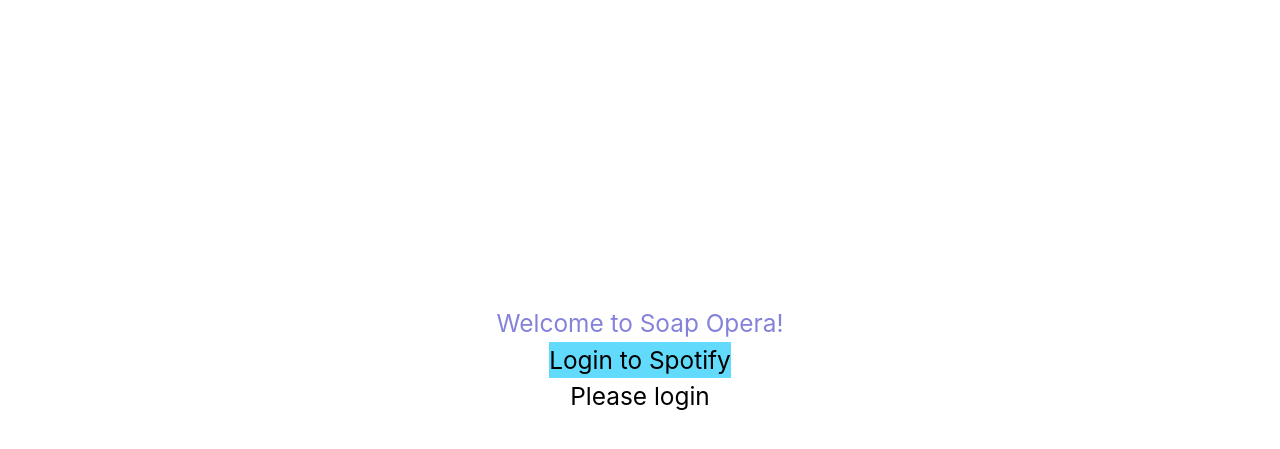
Repository: kayacancode/soapopera
Page: /
The author's editor kept a copy of each file at every save. The page is drawn from the files as they stood at one save, then again after the next save.
The browser window is 1280 px wide. The pictures show the whole page.
The project was rebuilt for these pictures with package versions that can differ from the ones it lists, and the page was loaded fresh each time.

Above is the page before, as saved 2023-04-22 18:01:52.

After the next save:
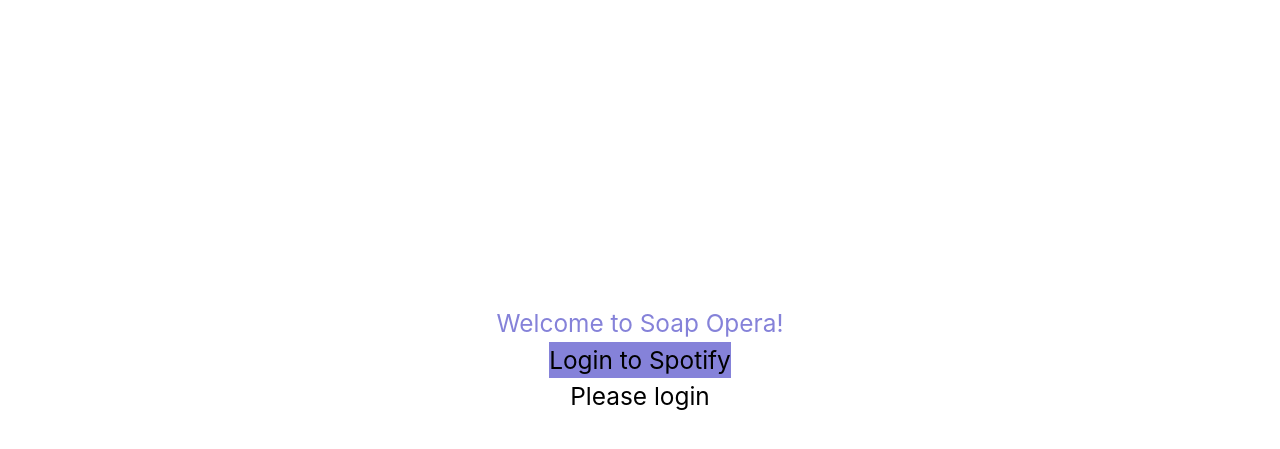
Saved 16 s later.
--- a/src/App.css
+++ b/src/App.css
@@ -25,7 +25,8 @@
 }
 
 .App-header a{
-  background-color: #61dafb;
+  background-color: #8582d9;
+
 }
 
 .App-link {
